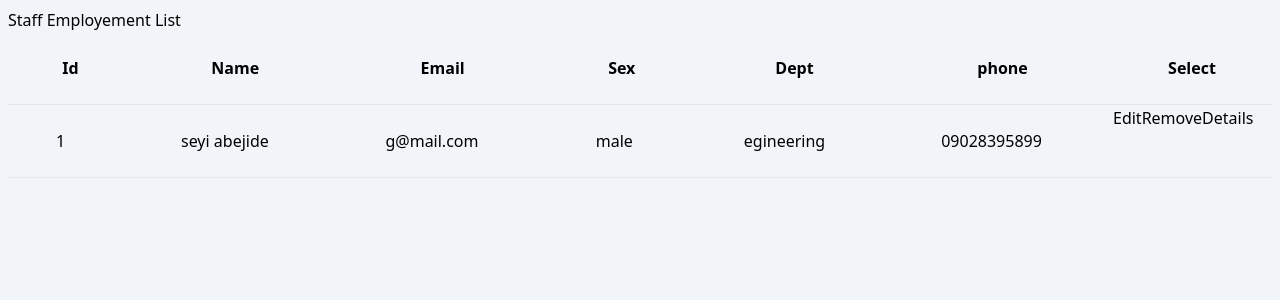
Repository: Semanmernstack/crud
Page: /
The author's editor kept a copy of each file at every save. The page is drawn from the files as they stood at one save, then again after the next save.
The browser window is 1280 px wide. The pictures show the whole page.
The project was rebuilt for these pictures with package versions that can differ from the ones it lists, and the page was loaded fresh each time. Requests to the local data server were answered from the project's data file. Also part of the build but not shown: src/Details.js, src/Create.js, src/Edit.js.

Above is the page before, as saved 2022-12-24 00:55:58.

### src/App.js
import List from "./List";
import {
  BrowserRouter,
  Routes,
  Route,

} from "react-router-dom";
import Details from "./Details";
import Create from "./Create";
import Edit from "./Edit";



function App() {
  return (
    <div className="bg-slate-100 h-screen">
      <BrowserRouter>

      <Routes>
        <Route path="/" element={<List/>}> </Route>
        <Route path="/employee/create" element={<Create/>}> </Route>
        <Route path="/employee/details/:empid" element={<Details/>}> </Route>
        <Route path="/employee/edit/:empid" element={<Edit/>}> </Route>
      </Routes>
      </BrowserRouter>

    </div>
  );
}

export default App;

### src/List.js

import React, { useEffect, useState } from 'react'

function List() {
    const [records, setRecords] = useState("")

    useEffect(() => {
        fetch("http://localhost:8000/employee").then((res) => {
            return res.json()
        }).then((resp) => {
            console.log(resp)
            setRecords(resp)

        })

    }, [])
  return (
    <div className="overflow-x-hidden lg:max-w-7xl mx-auto  p-2 items-center   ">

        <p>Staff Employement List</p>


        <table className="  w-[100%]   " >

            <thead>
                <tr className="border-b">
                    <th scope='col' className=" lg:py-6 lg:px-12 py-3 px-6">Id</th>
                    <th scope='col' className=" lg:py-6 lg:px-12 py-3 px-6">Name</th>
                    <th scope='col' className=" lg:py-6 lg:px-12 py-3 px-6">Email</th>
                    <th scope='col' className=" lg:py-6 lg:px-12 py-3 px-6">Sex</th>
                    <th scope='col' className=" lg:py-6 lg:px-12 py-3 px-6">Dept</th>
                    <th scope='col' className=" lg:py-6 lg:px-12 py-3 px-6">phone</th>
                    <th scope='col' className=' lg:py-6 lg:px-12 py-3 px-6'>Select</th>

                </tr>
            </thead>
            <tbody>
                {
                    records &&
                    records.map((record) => (
                    <tr className="border-b" key={record.id}>
                        <td className=" lg:py-6 lg:px-12 py-3 px-6">{record.id}</td>
                        <td className=" lg:py-6 lg:px-12 py-3 px-6" >{record.name}</td>
                        <td className=" lg:py-6 lg:px-12 py-3 px-6">{record.email}</td>
                        <td className=" lg:py-6 lg:px-12 py-3 px-6">{record.sex}</td>
                        <td className=" lg:py-6 lg:px-12 py-3 px-6">{record.dept}</td>
                        <td className=" lg:py-6 lg:px-12 py-3 px-6">{record.phone}</td>
                        <td className='flex'>
                            <a href="">Edit</a>
                            <a href="">Remove</a>
                            <a href="">Details</a>
                        </td>
                    </tr>
                    ))
                }

            </tbody>

        </table>




    </div>
  )
}

export default List

### db.json
{
  "employee": [
    {
      "id": 1,
      "name": "seyi abejide",
      "email": "g@mail.com",
      "phone": "09028395899",
      "dept": "egineering",
      "sex": "male"

    }
  ]

}

Loaded but not shown: public/index.html (common file); src/index.js (common file); src/index.css (common file); src/reportWebVitals.js (common file); tailwind.config.js (common file)

After the next save:
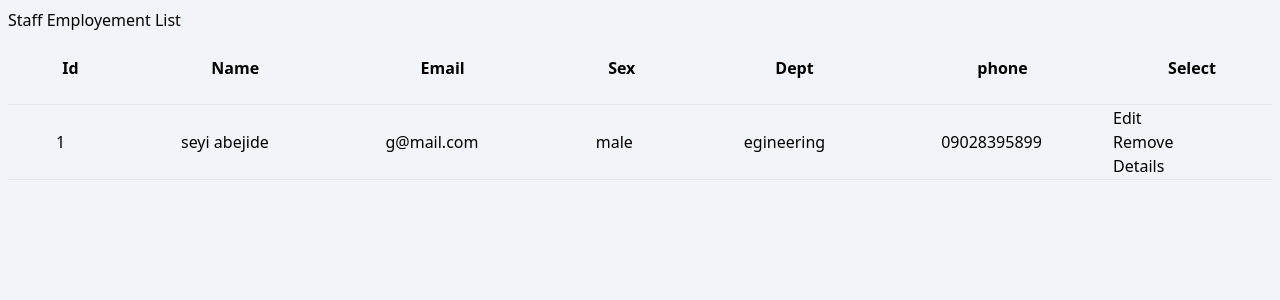
Saved 6 s later.
--- a/src/List.js
+++ b/src/List.js
@@ -45,7 +45,7 @@ function List() {
                         <td className=" lg:py-6 lg:px-12 py-3 px-6">{record.sex}</td>
                         <td className=" lg:py-6 lg:px-12 py-3 px-6">{record.dept}</td>
                         <td className=" lg:py-6 lg:px-12 py-3 px-6">{record.phone}</td>
-                        <td className='flex'>
+                        <td className='flex flex-col'>
                             <a href="">Edit</a>
                             <a href="">Remove</a>
                             <a href="">Details</a>
